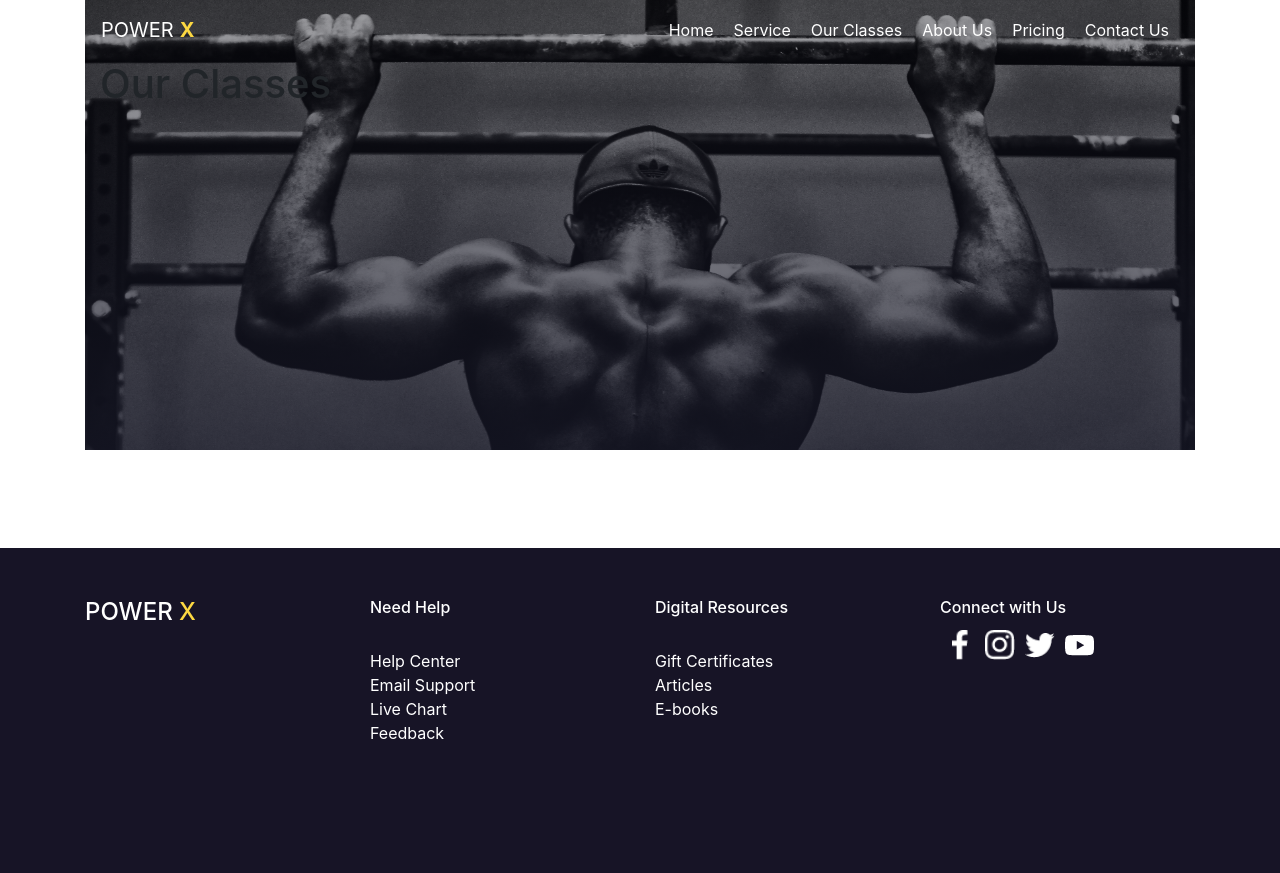
Repository: arif286/power-x-gym
Page: /classes
These files come from the project's save history. The page is drawn as it stood at one moment and after the next save; the edit follows.
The browser window is 1280 px wide. The pictures show the whole page.
The page's requests for data from a server got no answer. The project was rebuilt for these pictures with package versions that can differ from the ones it lists, and the page was loaded fresh each time. No one was signed in, and anything a server would have sent is missing. Also part of the build but not shown: src/components/ClassDetails/ClassDetails.css, src/components/About/About.js, src/components/ChooseUs/ChooseUs.js, src/components/Programs/Programs.css, src/components/Programs/Programs.js, src/components/WorkOut/WorkOut.css, src/components/WorkOut/WorkOut.js, src/components/Home/Home.js and 3 more.

Above is the page before, as saved 2021-04-09 03:36:02.

### src/index.js
import React from 'react';
import ReactDOM from 'react-dom';
import App from './App';
import "./index.css";
import reportWebVitals from './reportWebVitals';
ReactDOM.render(
  <React.StrictMode>
    <App />
  </React.StrictMode>,
  document.getElementById('root')
);

// If you want to start measuring performance in your app, pass a function
// to log results (for example: reportWebVitals(console.log))
// or send to an analytics endpoint. Learn more: https://bit.ly/CRA-vitals
reportWebVitals();

### src/App.js
import "bootstrap/dist/css/bootstrap.min.css";
import React from 'react';
import { BrowserRouter as Router, Route, Switch } from "react-router-dom";
import ClassDetails from "./components/ClassDetails/ClassDetails";
import Classes from "./components/Classes/Classes";
import Footer from "./components/Footer/Footer";
import Home from './components/Home/Home';
import PricingPlan from "./components/PricingPlan/PricingPlan";
import PurchaseForm from "./components/PurchaseForm/PurchaseForm";
function App() {
  return (
    <div>
      <Router>
        <Switch>
          <Route path="/home">
            <Home />
          </Route>
          <Route path="/classes">
            <Classes/>
          </Route>
          <Route path='/class/details/:id'>
            <ClassDetails/>
          </Route>
          <Route path='/pricing'>
            <PricingPlan/>
          </Route>
          <Route path='/submitForm'>
            <PurchaseForm/>
          </Route>
          <Route exact path="/">
            <Home />
          </Route>
        </Switch>
        <Footer />
      </Router>
    </div>
  );
}

export default App;

### src/components/ClassDetails/ClassDetails.js
import { faCheckSquare } from "@fortawesome/free-solid-svg-icons";
import { FontAwesomeIcon } from "@fortawesome/react-fontawesome";
import axios from "axios";
import React, { useEffect, useState } from "react";
import { Card, Col, Container, Row } from "react-bootstrap";
import { useParams } from "react-router";
import Header from "../Header/Header";
import "./ClassDetails.css";

const checkSquare = <FontAwesomeIcon icon={faCheckSquare} />;
const ClassDetails = () => {
  const { id } = useParams();
  const [classDetails, setClassDetails] = useState({});
  useEffect(() => {
    axios
      .get(`http://localhost:5000/eventDetails/${id}`)
      .then((res) => setClassDetails(res.data))
      .catch((err) => console.log(err));
  }, [id]);
  const {
    image,
    item1,
    item2,
    item3,
    item4,
    item5,
    description,
    title
  } = classDetails;

  const renderHeader = {
    showHeader: 'details',
    text: title
  }
  return (
    <Container>
      <Header renderHeader={renderHeader} />
      <Row className="row-cols-1 row-cols-md-2 g-4">
        <Col>
          <img
            className="w-100 mb-4"
            style={{
              maxHeight: "500px",
            }}
            src={image}
            alt=""
          />
          <p>{description}</p>
          <div className="details">
            <h6>
              <span>{checkSquare}</span>
              {item1}
            </h6>
            <h6>
              <span>{checkSquare}</span>
              {item2}
            </h6>
            <h6>
              <span>{checkSquare}</span>
              {item3}
            </h6>
            <h6>
              <span>{checkSquare}</span>
              {item4}
            </h6>
            <h6>
              <span>{checkSquare}</span>
              {item5}
            </h6>
          </div>
        </Col>
        <Col className="pt-5 text-center">
          <h1
            style={{
              textTransform: "uppercase",
              fontWeight: 700,
              marginBottom: "30px",
            }}
          >
            Class <span style={{ color: "#fcd842" }}>schedule</span>
          </h1>
          <Row className="row-cols-1 row-cols-sm-2">
            <Col className="pb-3">
              <Card className="shadow text-center schedule">
                <h5>Monday</h5>
                <p>8:00 AM - 9:AM</p>
              </Card>
            </Col>
            <Col className="pb-3">
              <Card className="shadow text-center schedule">
                <h5>Monday</h5>
                <p>10:00 AM - 11:AM</p>
              </Card>
            </Col>
            <Col className="pb-3">
              <Card className="shadow text-center schedule">
                <h5>Monday</h5>
                <p>7:00 AM-8:AM</p>
              </Card>
            </Col>
            <Col className="pb-3">
              <Card className="shadow text-center schedule">
                <h5>Monday</h5>
                <p>6:00 PM-7:PM</p>
              </Card>
            </Col>
            <Col className="pb-3">
              <Card className="shadow text-center schedule">
                <h5>Monday</h5>
                <p>8:00 PM-9:PM</p>
              </Card>
            </Col>
            <Col className="pb-3">
              <Card className="shadow text-center schedule">
                <h5>Monday</h5>
                <p>8:00 PM-9:PM</p>
              </Card>
            </Col>
          </Row>
        </Col>
      </Row>
    </Container>
  );
};

export default ClassDetails;

### src/components/Classes/Classes.js
import { faArrowRight } from "@fortawesome/free-solid-svg-icons";
import { FontAwesomeIcon } from "@fortawesome/react-fontawesome";
import axios from "axios";
import React, { useEffect, useState } from "react";
import { Card, Col, Container, Row } from "react-bootstrap";
import { useHistory } from "react-router";
import Header from "../Header/Header";

const Classes = () => {
  const arrow = <FontAwesomeIcon icon={faArrowRight} />;

  const [event, setEvent] = useState([]);
  useEffect(() => {
    axios
      .get("http://localhost:5000/events")
      .then((res) => setEvent(res.data))
      .catch((err) => console.log(err));
  }, []);

  const classDuration = {
    textTransform: "uppercase",
    marginTop: "auto",
    fontWeight: 800,
    backgroundColor: "#fcd842",
    padding: "10px 0px",
    display: "inline-block !important",
      textAlign: "center",
    marginBottom: '0px'
  };
    let history = useHistory();
    const handleClass = (id) => {
        history.push(`/class/details/${id}`)
  }
  const renderHeader = {
    showHeader: 'class',
    text: 'Our Classes'
  }
  return (
    <Container>
      <Header renderHeader={renderHeader} />
      <Row className="row-cols-1 row-cols-sm-2 row-cols-md-3 g-4">
        {event.map((item) => (
          <Col className="pb-4" key={item.id}>
            <Card
              onClick={() => {
                handleClass(item._id);
              }}
              className="w-100"
              style={{
                backgroundImage: `url('${item.image}')`,
                backgroundRepeat: "no-repeat",
                backgroundSize: "cover",
                minHeight: "400px",
              }}
            >
              <h6 style={classDuration}>
                {item.title}
                <span style={{ marginLeft: "5px" }}>{arrow}</span>
              </h6>
            </Card>
          </Col>
        ))}
      </Row>
    </Container>
  );
};

export default Classes;

### src/components/Footer/Footer.js
import React from "react";
import { Col, Container, Row } from "react-bootstrap";
import { NavLink } from "react-router-dom";
import Facebook from "../../power-x-gym/Image & Icon/bxl-facebook.png";
import Instagram from "../../power-x-gym/Image & Icon/bxl-instagram.png";
import Twitter from "../../power-x-gym/Image & Icon/bxl-twitter.png";
import YouTube from "../../power-x-gym/Image & Icon/bxl-youtube.png";
import "./Footer.css";
const Footer = () => {
  return (
    <footer>
      <Container>
        <Row className="footer-title">
          <Col xs={12} sm={6} md={3} className="pb-5">
            <h4 style={{ color: "white" }}>
              POWER <span style={{ color: "#fcd842" }}>X</span>
            </h4>
          </Col>
          <Col xs={12} sm={6} md={3} className="pb-5">
            <h6>Need Help</h6>
            <ul className="footer-link">
              <li>
                <NavLink className="company-list" to="/">
                  Help Center
                </NavLink>
              </li>
              <li>
                <NavLink className="company-list" to="/">
                  {" "}
                  Email Support
                </NavLink>
              </li>
              <li>
                <NavLink className="company-list" to="/">
                  Live Chart
                </NavLink>
              </li>
              <li>
                <NavLink className="company-list" to="/">
                  Feedback
                </NavLink>
              </li>
            </ul>
          </Col>
          <Col xs={12} sm={6} md={3} className="pb-5">
            <h6>Digital Resources</h6>
            <ul className="footer-link">
              <li>
                <NavLink className="company-list" to="/">
                  Gift Certificates
                </NavLink>
              </li>
              <li>
                <NavLink className="company-list" to="/">
                  Articles
                </NavLink>
              </li>
              <li>
                <NavLink className="company-list" to="/">
                  E-books
                </NavLink>
              </li>
            </ul>
          </Col>
          <Col xs={12} sm={6} md={3} className="pb-5">
            <h6>Connect with Us</h6>
            <div className="social-link">
              <p>
                <a href="/">
                  <img className="social-img" src={Facebook} alt="" />
                </a>
              </p>
              <p className="social-link">
                <a href="/">
                  <img className="social-img" src={Instagram} alt="" />
                </a>
              </p>
              <p>
                <a href="/">
                  <img className="social-img" src={Twitter} alt="" />
                </a>
              </p>
              <p>
                <a href="/">
                  <img className="social-img" src={YouTube} alt="" />
                </a>
              </p>
            </div>
          </Col>
        </Row>
      </Container>
    </footer>
  );
};

export default Footer;

### src/components/PricingPlan/PricingPlan.js
import { faCheck } from "@fortawesome/free-solid-svg-icons";
import { FontAwesomeIcon } from "@fortawesome/react-fontawesome";
import React from "react";
import { Card, Col, Container, Row } from "react-bootstrap";
import Header from "../Header/Header";
import "./PricingPlan.css";

const check = <FontAwesomeIcon icon={faCheck} />;
const PricingPlan = () => {
  const renderHeader = {
    ShowHeader: 'price',
    text: 'pricing plan'
  }
  return (
    <Container className="text-center">
      <Header renderHeader={renderHeader} />
      <h4
        style={{
          textTransform: "uppercase",
          fontWeight: 700,
          color: "#fcd842",
          textAlign: "center",
        }}
      >
        choose the offer <span style={{ color: "black" }}>that suits you</span>
      </h4>
      <p
        style={{
          display: "inline-block",
          width: "300px",
          marginTop: "10px",
          marginBottom: "40px",
        }}
      >
        Lorem Ipsum is simply dummy text of the printing and typesetting
        industry.
      </p>
      <Row className="row-cols-1 row-cols-sm-3">
        <Col className="pb-4">
          <Card className="advance-plan price-card">
            <Card.Body>
              <p>billed monthly</p>
              <h6>advance</h6>
              <h6 style={{ color: "#fcd842", fontSize: "35px" }}>$140</h6>
              <div>
                <ul className="price-plan">
                  <li>
                    <span>{check}</span>Mobile-Optimized
                  </li>
                  <li>
                    <span>{check}</span>Best Hosting
                  </li>
                  <li>
                    <span>{check}</span>Free Custom
                  </li>
                  <li>
                    <span>{check}</span>Oustanding
                  </li>
                  <li>
                    <span>{check}</span>Happy Customers
                  </li>
                </ul>
              </div>
              <button className="purchase-btn">purchase</button>
            </Card.Body>
          </Card>
        </Col>
        <Col className="pb-4">
          <Card className="basic-plan price-card">
            <Card.Body>
              <p>billed monthly</p>
              <h6>basic</h6>
              <h6 style={{ color: "#fcd842", fontSize: "35px" }}>$120</h6>
              <ul className="price-plan">
                <li>
                  <span>{check}</span>Mobile-Optimized
                </li>
                <li>
                  <span>{check}</span>Best Hosting
                </li>
                <li>
                  <span>{check}</span>Free Custom
                </li>
                <li>
                  <span>{check}</span>Oustanding
                </li>
                <li>
                  <span>{check}</span>Happy Customers
                </li>
              </ul>
              <button className="purchase-btn">purchase</button>
            </Card.Body>
          </Card>
        </Col>
        <Col className="pb-4">
          <Card className="beginner-plan price-card">
            <Card.Body>
              <p>billed monthly</p>
              <h6>beginners</h6>
              <h6 style={{ color: "#fcd842", fontSize: "35px" }}>$90</h6>
              <ul className="price-plan">
                <li>
                  <span>{check}</span>Mobile-Optimized
                </li>
                <li>
                  <span>{check}</span>
                  Best Hosting
                </li>
                <li>
                  <span>{check}</span>Free Custom
                </li>
                <li>
                  <span>{check}</span>Oustanding
                </li>
                <li>
                  <span>{check}</span>Happy Customers
                </li>
              </ul>
              <button className="purchase-btn">purchase</button>
            </Card.Body>
          </Card>
        </Col>
      </Row>
    </Container>
  );
};

export default PricingPlan;

### src/components/Header/Header.js
import React from "react";
import { Col, Container, Nav, Navbar, Row } from "react-bootstrap";
import { NavLink } from "react-router-dom";
import './Header.css';
const Header = ({ renderHeader }) => {
  console.log(renderHeader);

const headerContent = (
      <Row className="row-cols-1 row-cols-md-2 mt-5">
        <Col className="header-content pb-4 order-last order-md-first">
          <h2>The Best Fitness Studio in town</h2>
          <p>
            Lorem Ipsum has been the industry's standard dummy text ever since
            the 1500s, when an unknown printer took galley of type and
          </p>
          <button>join us</button>
        </Col>
        <Col className="pb-4  order-first order-md-last">
          <iframe
            width="100%"
            height="260"
            src="https://www.youtube-nocookie.com/embed/gey73xiS8F4?start=15"
            title="YouTube video player"
            frameBorder="0"
            allow="accelerometer; autoplay; clipboard-write; encrypted-media; gyroscope; picture-in-picture"
            allowFullScreen
          ></iframe>
        </Col>
      </Row>
    )

  let header;
  if (renderHeader.showHeader === "home") {
    header = headerContent;
  } else if (renderHeader.showHeader === "class") {
    header = <h1 className="header-Title">{renderHeader.text}</h1>;
  } else if (renderHeader.showHeader === "details") {
    header = <h1>{renderHeader.text}</h1>;
  }
  else if (renderHeader.showHeader === "price") {
    header = <h1>{renderHeader.text}</h1>;
  } else if (renderHeader.showHeader === "memberShip") {
    header = <h1>{renderHeader.text}</h1>;
  } else {
    header = headerContent;
  }

  return (
    <div className="navBar-bg mb-5">
      <Navbar variant="dark" expand="lg">
        <Navbar.Brand href="#home">
          POWER
          <span
            style={{ color: "#FCD842", marginLeft: "6px", fontWeight: 700 }}
          >
            X
          </span>
        </Navbar.Brand>
        <Navbar.Toggle aria-controls="basic-navbar-nav" />
        <Navbar.Collapse id="basic-navbar-nav">
          <Nav className="ml-auto">
            <NavLink className="header-link" to="/home">
              Home
            </NavLink>
            <NavLink className="header-link" to="#features">
              Service
            </NavLink>
            <NavLink className="header-link" to="/classes">
              Our Classes
            </NavLink>
            <NavLink className="header-link" to="/features">
              About Us
            </NavLink>
            <NavLink className="header-link" to="/pricing">
              Pricing
            </NavLink>
            <NavLink className="header-link" to="/pricing">
              Contact Us
            </NavLink>
          </Nav>
        </Navbar.Collapse>
      </Navbar>
      <Container>{header}</Container>
    </div>
  );
};

export default Header;

### src/components/Footer/Footer.css
footer {
  background-color: #171426;
  padding-top: 50px;
  padding-bottom: 80px;
  margin-top: 50px;
}
.footer-link {
  list-style: none;
  display: inline;
}
.company-list {
  text-decoration: none;
  color: white;
}
.company-list:hover {
  color: hotpink;
  text-decoration: none;
}
.social-link {
  display: flex;
}

.social-img {
  width: 30px;
  height: 30px;
  object-fit: contain;
}

.social-link p {
  padding: 5px;
  display: inline;
}

.social-link p a img:hover {
  background-color: #257cc3;
}
.footer-title h6 {
  color: white;
}

### src/components/Header/Header.css
.header-link {
  text-decoration: none !important;
  color: white;
  padding: 10px;
}
.header-link:hover {
  color: gray;
}
.navBar-bg {
  background-image: linear-gradient(#0708115e, #151626c4),
    url("../../power-x-gym/Image & Icon/edgar-chaparro-sHfo3WOgGTU-unsplash.jpg");
  background-repeat: no-repeat;
  min-height: 450px;
  background-size: cover;
}
.header-content h2 {
  color: white;
  font-weight: 700;
  text-transform: uppercase;
}
.header-content p {
  color: #959393;
  font-size: 14px;
  margin-top: 20px;
}
.header-content button {
  border: none;
  outline: none;
  background-color: #fcd842;
  text-transform: uppercase;
  font-weight: 500;
  padding: 8px 30px;
  margin-top: 20px;
}

Loaded but not shown: public/index.html (common file); src/index.css (common file); src/reportWebVitals.js (common file)

After the next save:
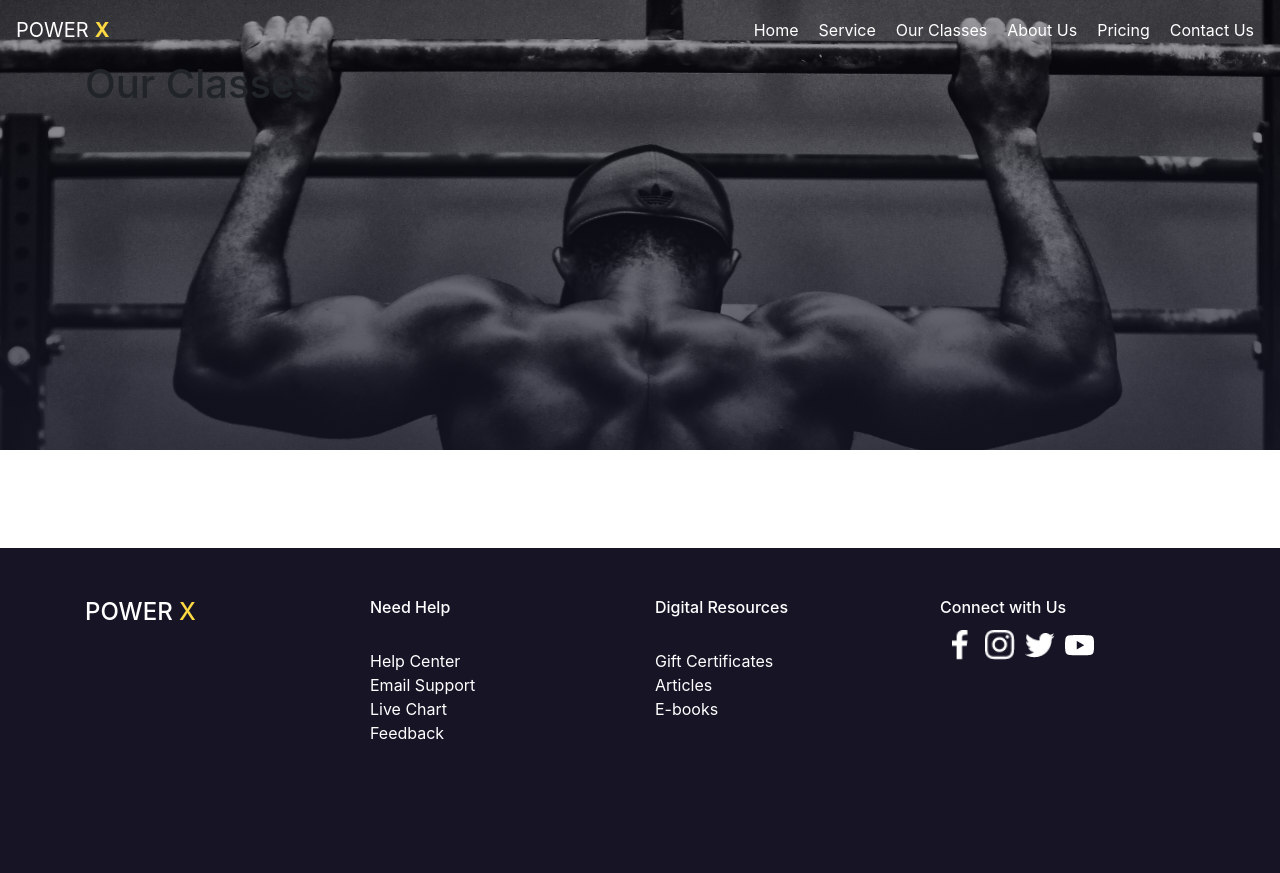
Saved 75 s later.
--- a/src/components/Classes/Classes.js
+++ b/src/components/Classes/Classes.js
@@ -36,32 +36,34 @@ const Classes = () => {
     text: 'Our Classes'
   }
   return (
-    <Container>
+    <>
       <Header renderHeader={renderHeader} />
-      <Row className="row-cols-1 row-cols-sm-2 row-cols-md-3 g-4">
-        {event.map((item) => (
-          <Col className="pb-4" key={item.id}>
-            <Card
-              onClick={() => {
-                handleClass(item._id);
-              }}
-              className="w-100"
-              style={{
-                backgroundImage: `url('${item.image}')`,
-                backgroundRepeat: "no-repeat",
-                backgroundSize: "cover",
-                minHeight: "400px",
-              }}
-            >
-              <h6 style={classDuration}>
-                {item.title}
-                <span style={{ marginLeft: "5px" }}>{arrow}</span>
-              </h6>
-            </Card>
-          </Col>
-        ))}
-      </Row>
-    </Container>
+      <Container>
+        <Row className="row-cols-1 row-cols-sm-2 row-cols-md-3 g-4">
+          {event.map((item) => (
+            <Col className="pb-4" key={item.id}>
+              <Card
+                onClick={() => {
+                  handleClass(item._id);
+                }}
+                className="w-100"
+                style={{
+                  backgroundImage: `url('${item.image}')`,
+                  backgroundRepeat: "no-repeat",
+                  backgroundSize: "cover",
+                  minHeight: "400px",
+                }}
+              >
+                <h6 style={classDuration}>
+                  {item.title}
+                  <span style={{ marginLeft: "5px" }}>{arrow}</span>
+                </h6>
+              </Card>
+            </Col>
+          ))}
+        </Row>
+      </Container>
+    </>
   );
 };
 
